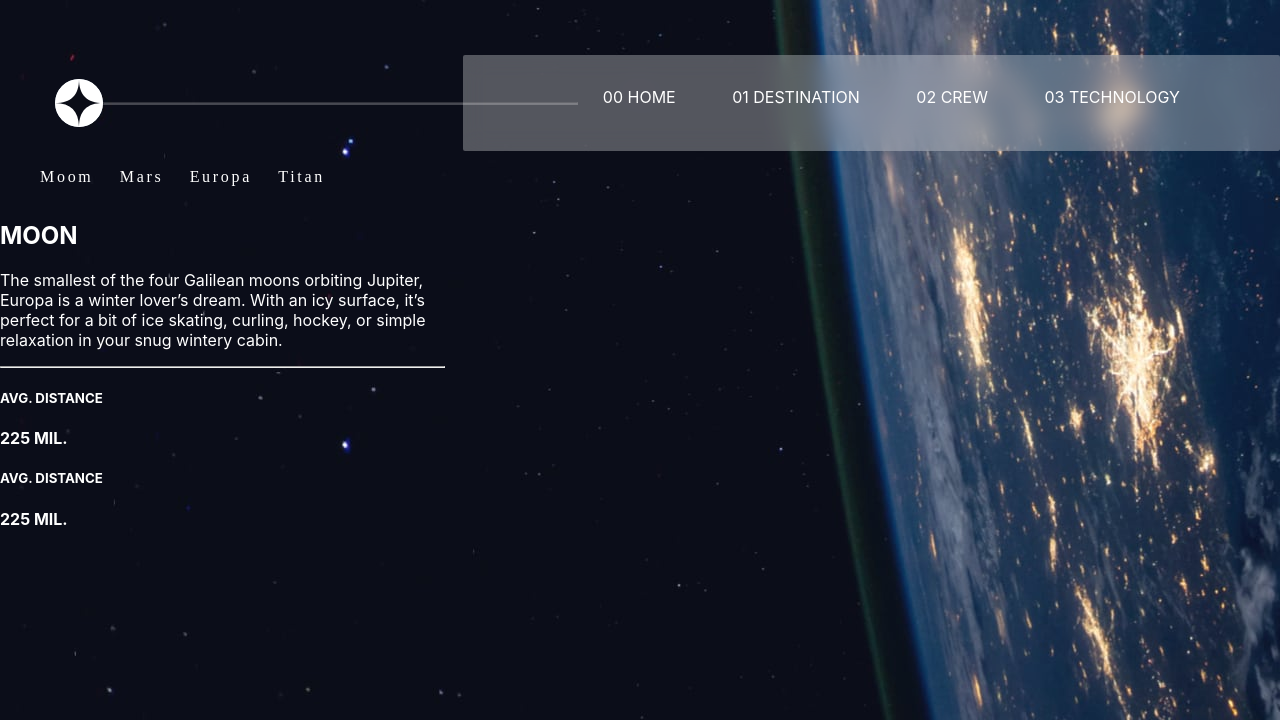
Repository: jhonenmanuel1/FrontEndMentor-MultiPageSpace
Page: /
The author's editor kept a copy of each file at every save. The page is drawn from the files as they stood at one save, then again after the next save.
The browser window is 1280 px wide. The pictures show the whole page.
The project was rebuilt for these pictures with package versions that can differ from the ones it lists, and the page was loaded fresh each time. Also part of the build but not shown: src/views/home.js.

Above is the page before, as saved 2022-06-23 23:02:11.

After the next save:
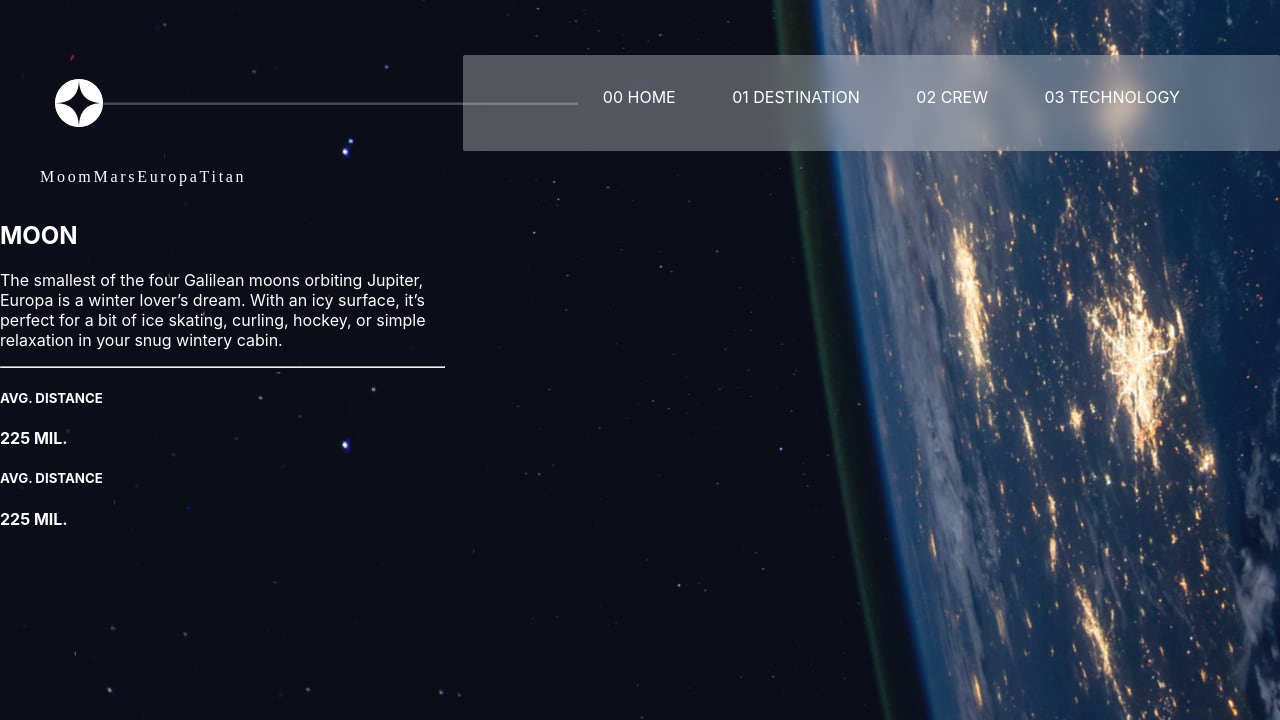
Saved 90 s later.
--- a/src/styles/planetcardinfo.module.css
+++ b/src/styles/planetcardinfo.module.css
@@ -9,14 +9,13 @@
 
 .planetCardHeader ul {
   display: flex;
-  justify-content: space-between;
   height: 34px;
-  width:  285px;
+  width: 285px;
 }
 .planetCardHeader ul li {
-text-decoration: none;
-list-style: none;
-top: calc(50% - 19px/2 - 7.5px);
+  text-decoration: none;
+  list-style: none;
+  top: calc(50% - 19px / 2 - 7.5px);
 
   font-family: "Barlow Condensed";
   font-style: normal;
